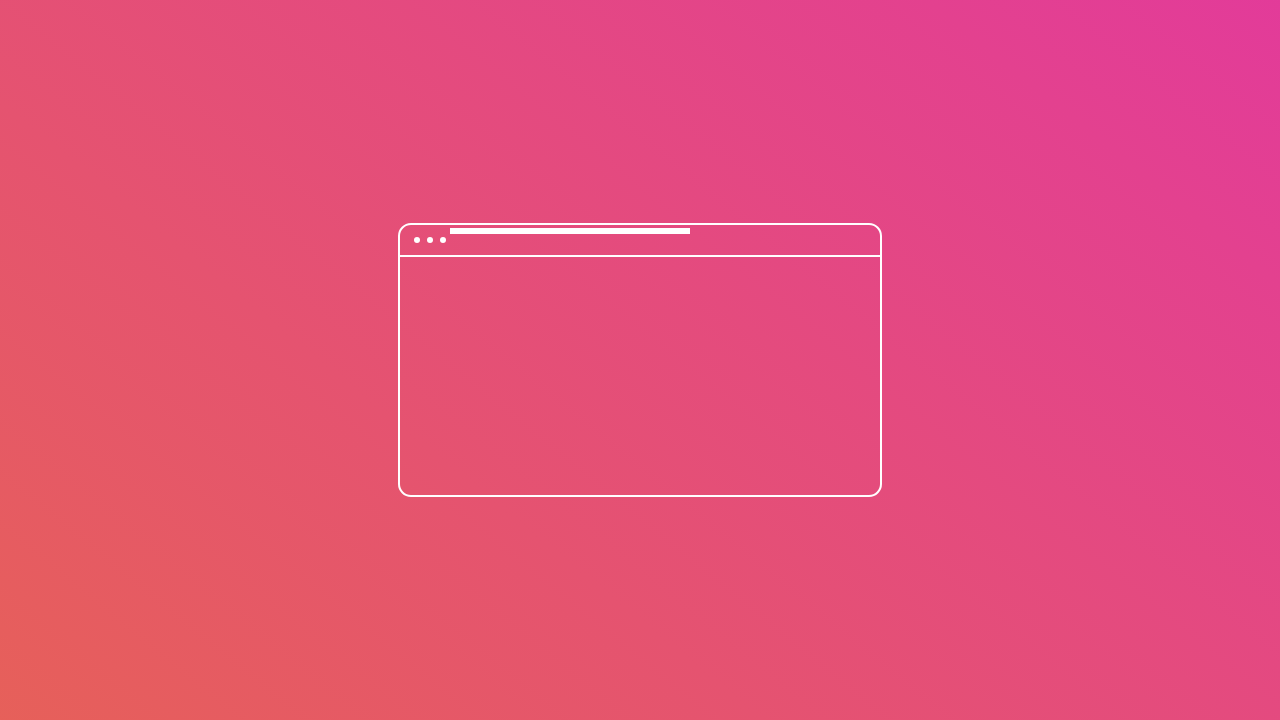
Repository: wrzonki/3d-css
Page: index.html
The author's editor kept a copy of each file at every save. The page is drawn from the files as they stood at one save, then again after the next save.
The browser window is 1280 px wide. The pictures show the whole page.
The style sheet was rebuilt from its Sass, Less or Tailwind sources for each picture, by a compiler version that may differ from the author's.

Above is the page before, as saved 2019-11-25 21:17:03.

### index.html
<!DOCTYPE html>
<html lang="en">
<head>
    <meta charset="UTF-8">
    <meta name="viewport" content="width=device-width, initial-scale=1.0">
    <meta http-equiv="X-UA-Compatible" content="ie=edge">
    <link rel="stylesheet" href="index.css">
    <title>Document</title>
</head>
<body>
    <div id="wrapper">
        <div id="device" class="desktop">
            <div class="nav">
                <div class="dots">
                    <div class="dot"></div>
                    <div class="dot"></div>
                    <div class="dot"></div>
                </div>
                <div class="tabs">
                    <div class="tab"></div>
                    <div class="tab"></div>
                    <div class="tab"></div>
                </div>
            </div>
        </div>
    </div>
</body>
</html>

### index.scss
body {
    margin: 0;
    padding: 0;
}

#wrapper {
    width: 100vw;
    height: 100vh;
    display: flex;
    justify-content: center;
    align-items: center;
    background: linear-gradient(219deg, #dc00ff, #ec9400);
    background-size: 400% 400%;
    -webkit-animation: AnimationName 13s ease infinite;
    -moz-animation: AnimationName 13s ease infinite;
    -o-animation: AnimationName 13s ease infinite;
    animation: AnimationName 13s ease infinite;
    @-webkit-keyframes AnimationName {
        0%{background-position:22% 0%}
        50%{background-position:79% 100%}
        100%{background-position:22% 0%}
    }
    @-moz-keyframes AnimationName {
        0%{background-position:22% 0%}
        50%{background-position:79% 100%}
        100%{background-position:22% 0%}
    }
    @-o-keyframes AnimationName {
        0%{background-position:22% 0%}
        50%{background-position:79% 100%}
        100%{background-position:22% 0%}
    }
    @keyframes AnimationName {
        0%{background-position:22% 0%}
        50%{background-position:79% 100%}
        100%{background-position:22% 0%}
    }
}


#device {
    border: 2px solid #fff;
    border-radius: 13px;
    position: relative;
    .nav {
        $height: 30px;
        width: 100%;
        height: $height;
        position: relative;
        border-bottom: 2px solid #fff;
        display: flex;
        justify-content: flex-start;
        align-items: center;
        .dots {
            width: 40px;
            height: $height;
            display: flex;
            justify-content: space-around;
            align-items: center;
            margin-left: 10px;
            .dot {
                width: 6px;
                height: 6px;
                border-radius: 50%;
                background-color: #fff;
            }
        }
        .tabs {
            width: 80px * 3;
            height: 25px;
        }
        .tab {

            border: 1px solid #fff;
        }
    }

    $desktopRatioScale: 30px;
    $desktopWidth: 16 ;
    $desktopheight: 9;

    $tabletRatioScale: 80px;
    $tabletWidth: 3;
    $tabletheight: 4;

    $smartphoneRatioScale: 20px;
    $smartphoneWidth: 9;
    $smartphoneheight: 19.5;


    &.desktop {
        width: $desktopWidth * $desktopRatioScale;
        height: $desktopheight * $desktopRatioScale;
        .bar {
            top: 30px;
        }
    }
    &.tablet {
        width: $tabletWidth * $tabletRatioScale;
        height: $tabletheight * $tabletRatioScale;
    }
    &.smartphone {
        width: $smartphoneWidth * $smartphoneRatioScale;
        height: $smartphoneheight * $smartphoneRatioScale;
    }

}

After the next save:
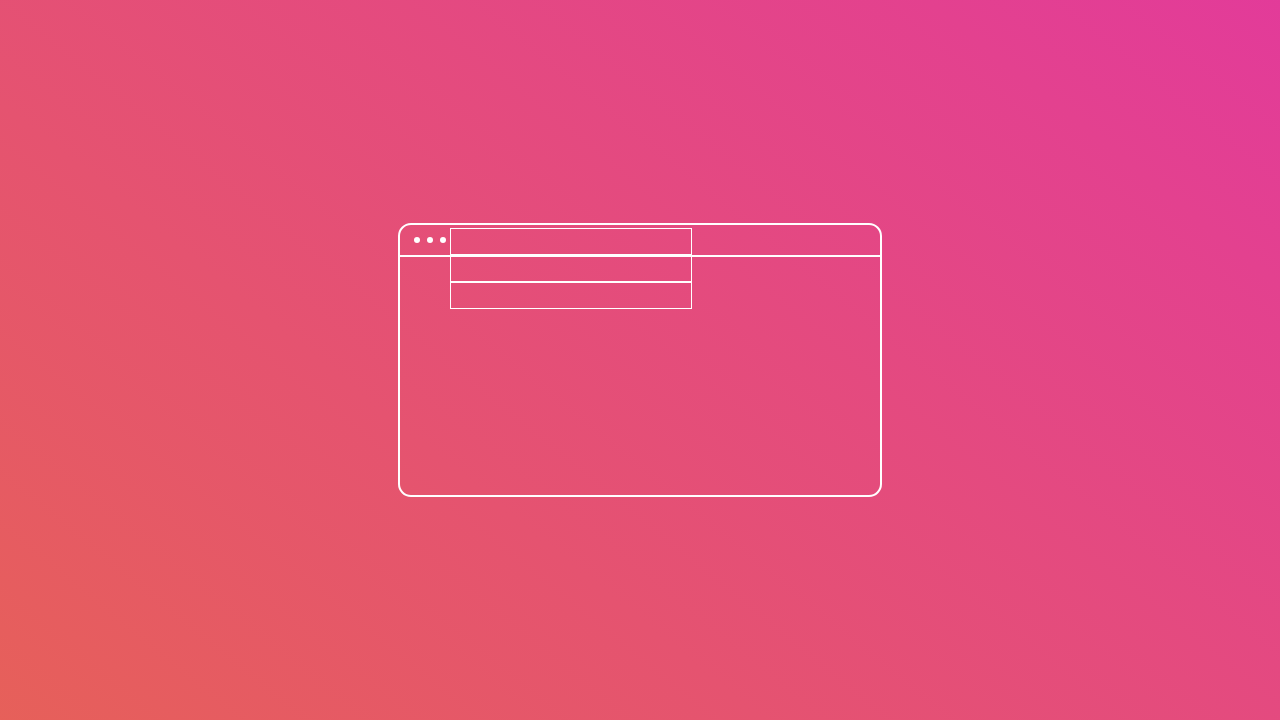
Saved 12 s later.
--- a/index.scss
+++ b/index.scss
@@ -70,7 +70,8 @@ body {
             height: 25px;
         }
         .tab {
-
+            width: 80px * 3;
+            height: 25px;
             border: 1px solid #fff;
         }
     }
